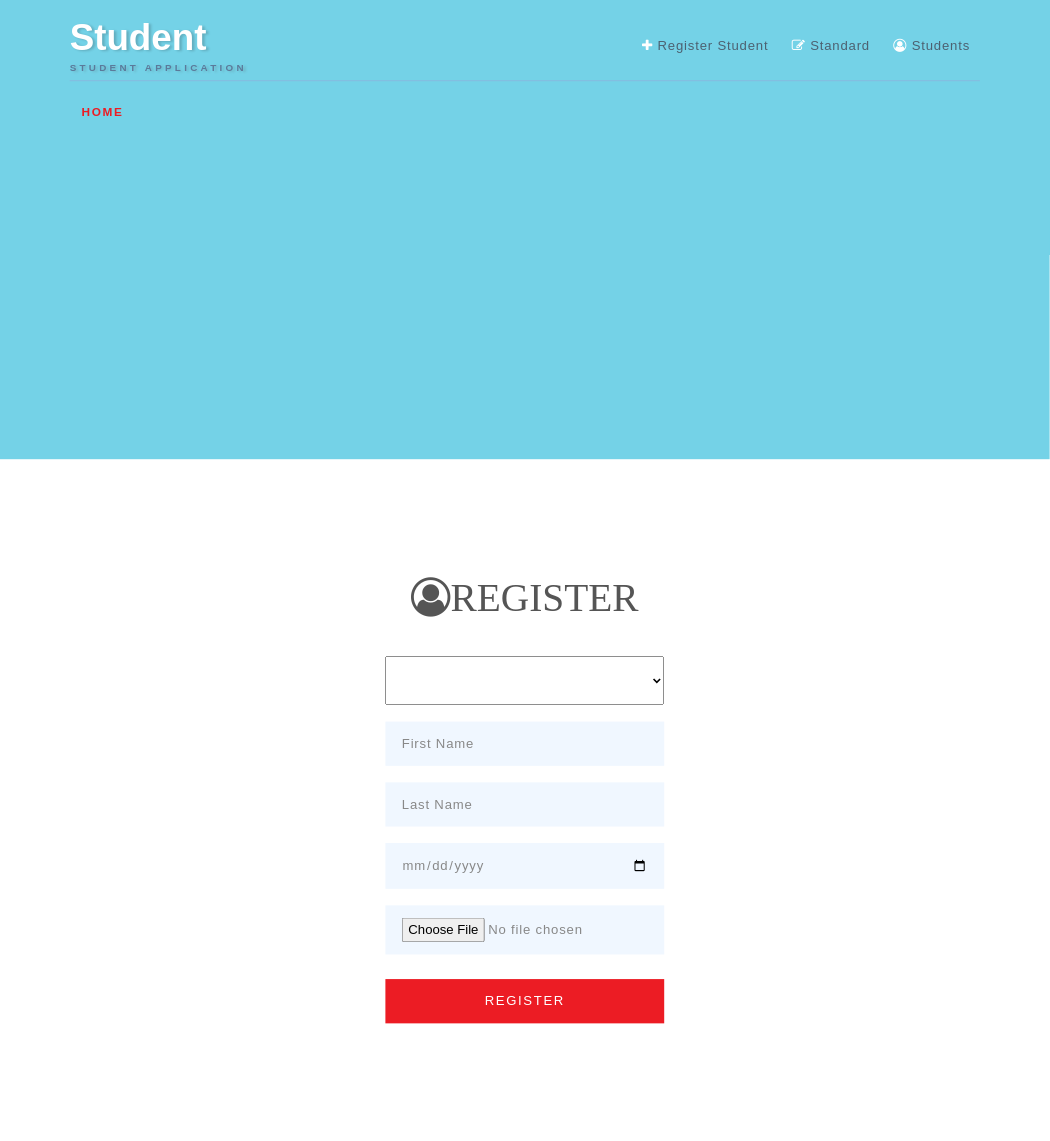
Repository: PallaviMadiya/Java-Framework-
Page: http://localhost/StudentApplication/register.jsp
The author's editor kept a copy of each file at every save. The page is drawn from the files as they stood at one save, then again after the next save.
The browser window is 1280 px wide. The pictures show the whole page, at 82% of full size.
Some web fonts or font styles are not loaded; a fallback is used. The page is served by Tomcat 9. Queries for data that is not in the repository find no rows.

Above is the page before, as saved 2023-10-18 08:29:14.

After the next save:
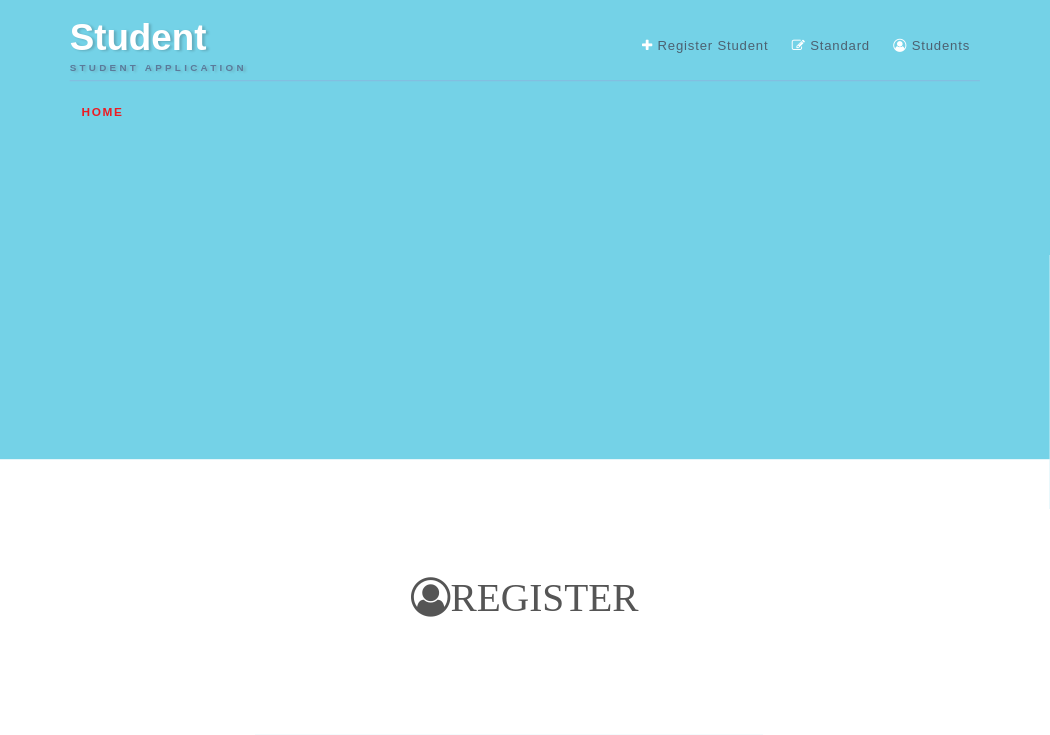
Saved 2 min 9 s later.
--- a/StudentApplication/src/main/webapp/register.jsp
+++ b/StudentApplication/src/main/webapp/register.jsp
@@ -22,7 +22,7 @@
                 </div>
                 <div class="content-bottom">
 
-                    <form action="StudentController" method="post">
+                    <form action="StudentController" method="post" enctype='multipart/form-data>
                         <%List<Standard> list = StudentDao.getStandardList(); %>
 
                     	<select name="id"  style="width:340px; height:60px; margin-bottom:20px;">
